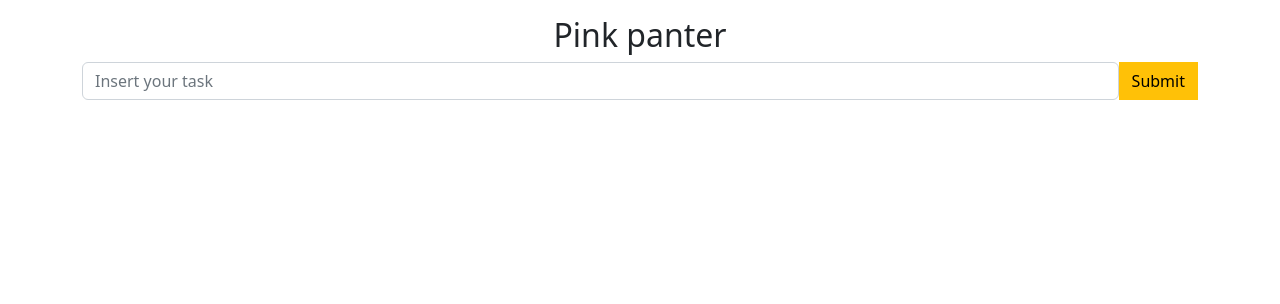
Repository: Wladomax/todo-vue
Page: /
The author's editor kept a copy of each file at every save. The page is drawn from the files as they stood at one save, then again after the next save.
The browser window is 1280 px wide. The pictures show the whole page.
The project was rebuilt for these pictures with package versions that can differ from the ones it lists, and the page was loaded fresh each time. Also part of the build but not shown: vue.config.js.

Above is the page before, as saved 2023-01-01 11:37:46.

After the next save:
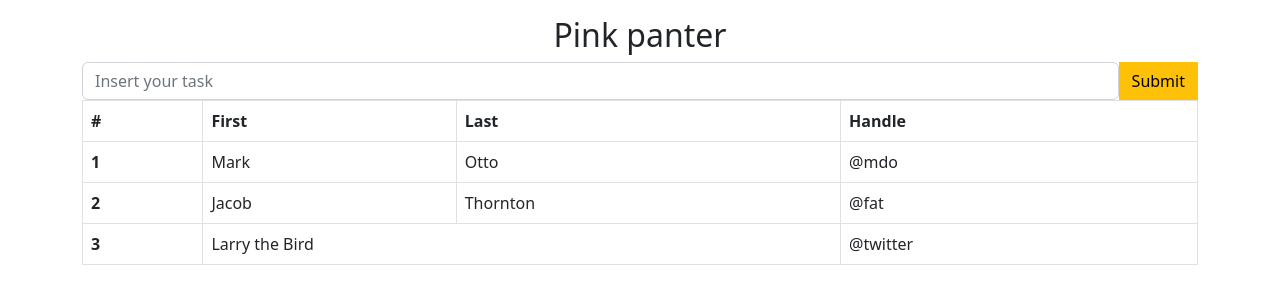
Saved 66 s later.
--- a/src/components/ToDo.vue
+++ b/src/components/ToDo.vue
@@ -9,6 +9,35 @@
     </div>
 
     <!-- Table-->
+    <table class="table table-bordered">
+      <thead>
+        <tr>
+          <th scope="col">#</th>
+          <th scope="col">First</th>
+          <th scope="col">Last</th>
+          <th scope="col">Handle</th>
+        </tr>
+      </thead>
+      <tbody>
+        <tr>
+          <th scope="row">1</th>
+          <td>Mark</td>
+          <td>Otto</td>
+          <td>@mdo</td>
+        </tr>
+        <tr>
+          <th scope="row">2</th>
+          <td>Jacob</td>
+          <td>Thornton</td>
+          <td>@fat</td>
+        </tr>
+        <tr>
+          <th scope="row">3</th>
+          <td colspan="2">Larry the Bird</td>
+          <td>@twitter</td>
+        </tr>
+      </tbody>
+    </table>
   </div>
 </template>
 
